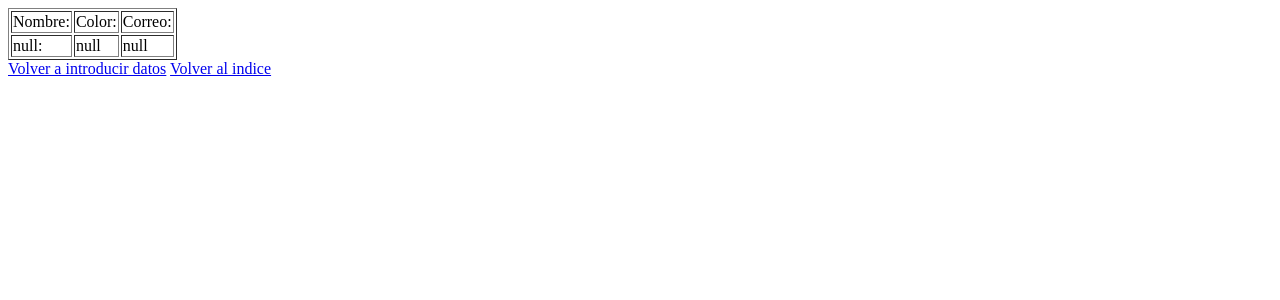
Repository: weertop/2DAW
Page: http://localhost/Formularios/destinoControlText.jsp
The author's editor kept a copy of each file at every save. The page is drawn from the files as they stood at one save, then again after the next save.
The browser window is 1280 px wide. The pictures show the whole page.
The page is served by Tomcat 9. Other server files are loaded and not shown.

Above is the page before, as saved 2019-10-01 07:05:17.

### DWServidor/eclipse-workspace-photom/Formularios/WebContent/destinoControlText.jsp
<%@ page language="java" contentType="text/html; charset=UTF-8"
    pageEncoding="UTF-8"%>
<!DOCTYPE html>
<html>
<head>
<meta charset="UTF-8">
<title>Insert title here</title>
</head>
<body>
	<%
		String nombre = request.getParameter("nombre"); //debe coincidir con el atributo name en el form
		String color = request.getParameter("color");
		String correo = request.getParameter("correo");
	%>
	<table border="1">
		<tr>
			<td>Nombre:</td>
			<td>Color:</td>
			<td>Correo:</td>
		</tr>
		<tr>
			<td><%=nombre %>:</td>
			<td><%=color %></td>
			<td><%=correo %></td>
		</tr>
	</table>

	<a href="controlText.jsp">Volver a introducir datos</a>
	<a href="index.jsp">Volver al indice</a>
</body>
</html>

After the next save:
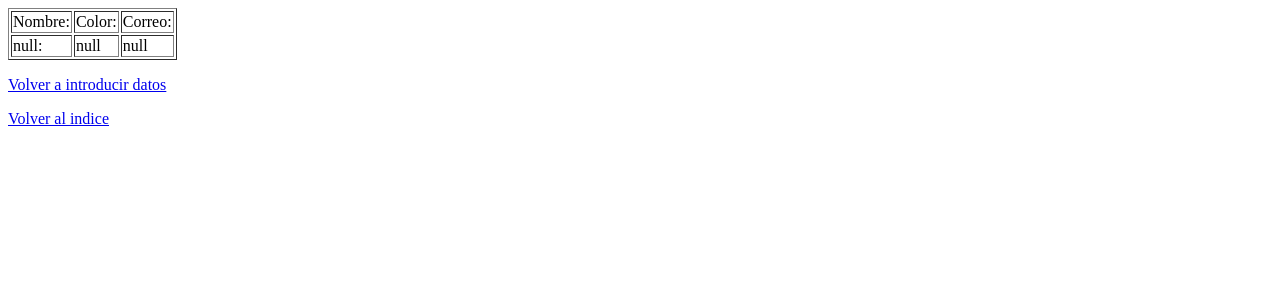
Saved 44 s later.
--- a/DWServidor/eclipse-workspace-photom/Formularios/WebContent/destinoControlText.jsp
+++ b/DWServidor/eclipse-workspace-photom/Formularios/WebContent/destinoControlText.jsp
@@ -25,7 +25,7 @@
 		</tr>
 	</table>
 
-	<a href="controlText.jsp">Volver a introducir datos</a>
+	<p><a href="controlText.jsp">Volver a introducir datos</a></p>
 	<a href="index.jsp">Volver al indice</a>
 </body>
 </html>
